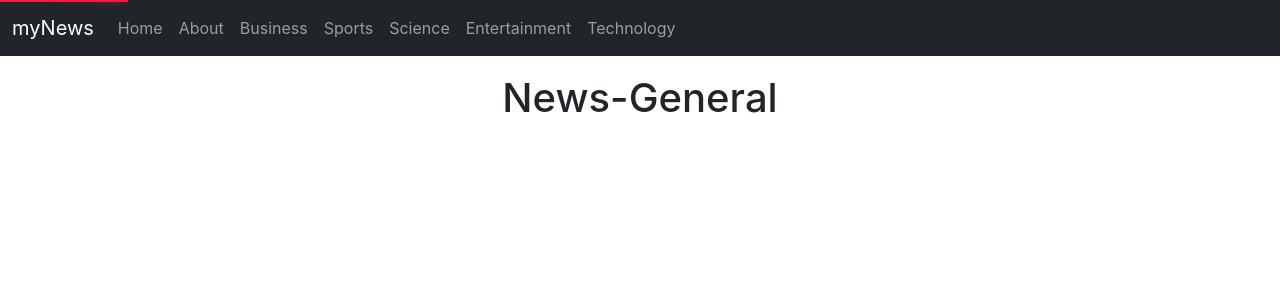
Repository: JatinjeetSingh12/newsapp
Page: /
The author's editor kept a copy of each file at every save. The page is drawn from the files as they stood at one save, then again after a run of saves.
The browser window is 1280 px wide. The pictures show the whole page.
The page's requests for data from a server got no answer. The project was rebuilt for these pictures with package versions that can differ from the ones it lists, and the page was loaded fresh each time. No one was signed in, and anything a server would have sent is missing. Also part of the build but not shown: src/components/Item.js, src/components/Spinner.js.

Above is the page before, as saved 2022-09-29 17:16:05.

After the next 2 saves:
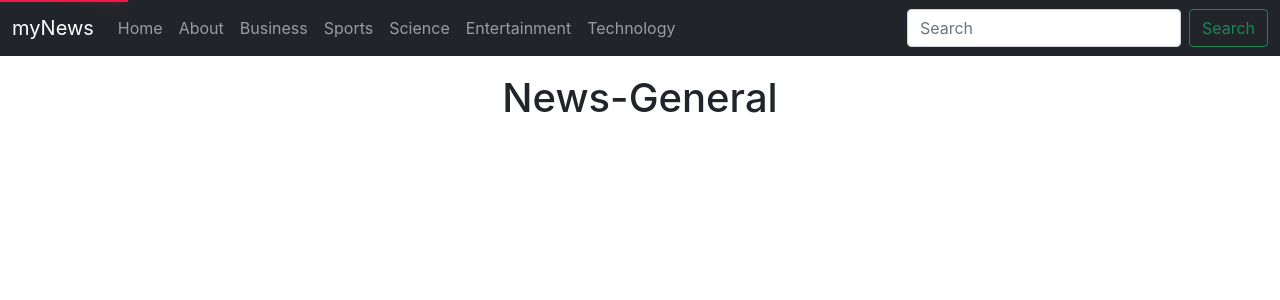
The 2 saves are shown as one change because they came seconds apart.
The last was saved 2 min 52 s later.
--- a/src/components/Navbar.js
+++ b/src/components/Navbar.js
@@ -37,7 +37,10 @@
 
 
           </div>
-
+          <form className="d-flex">
+            <input className="form-control me-2" type="search" placeholder="Search" aria-label="Search" />
+            <button className="btn btn-outline-success" type="submit">Search</button>
+          </form>
         </div>
       </nav>
     </>
